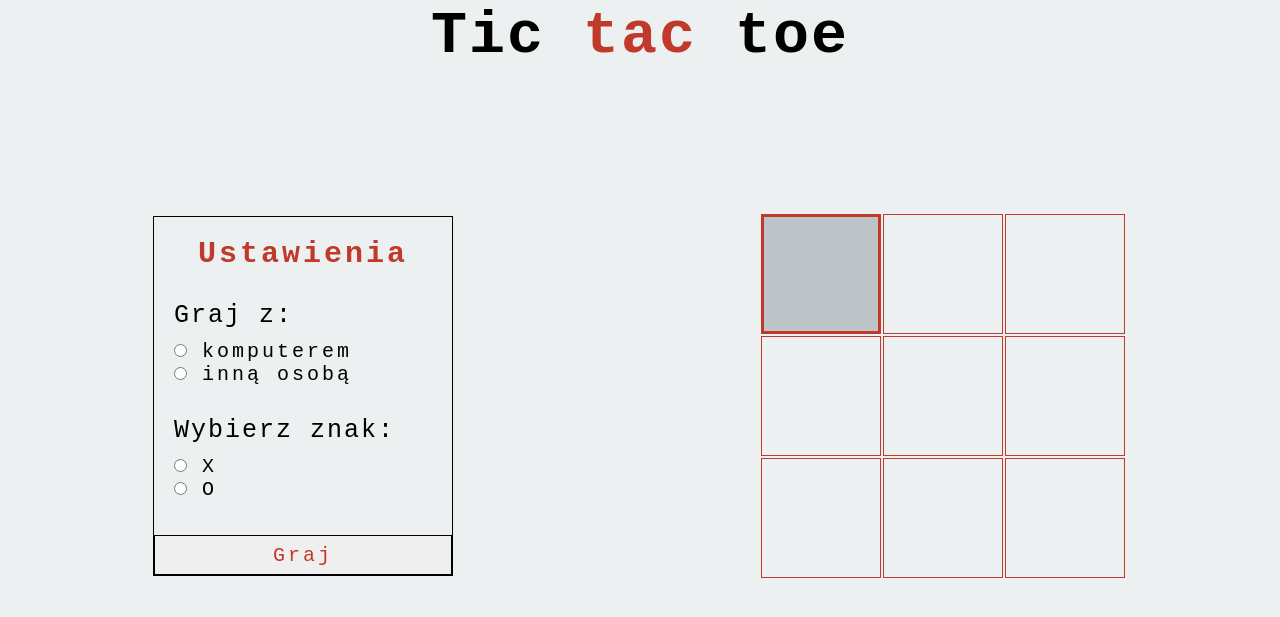
Repository: SebastianArmata22/Tic-Tac-Toe
Page: index.html
The author's editor kept a copy of each file at every save. The page is drawn from the files as they stood at one save, then again after the next save.
The browser window is 1280 px wide. The pictures show the whole page.
The pointer rests on the first visible `th`.
Some web fonts or font styles are not loaded; a fallback is used.

Above is the page before, as saved 2020-11-03 15:05:31.

### index.html
<!DOCTYPE html>
<html>
    <head>
        <meta charset="utf-8">
        <meta http-equiv="X-UA-Compatible" content="IE=edge">
        <title></title>
        <meta name="description" content="">
        <meta name="viewport" content="width=device-width, initial-scale=1">
        <link rel="stylesheet" href="style.css">
    </head>
    <body>
        <div class="inscription">
            <h1>Tic <span>tac</span> toe</h1>
        </div>
        <div class="main-content">
            <div class="settings-div">
                <h2>Ustawienia</h2>
                <div class="choice">
                    <p>Graj z:</p>
                    <label><input type="radio" name="player"> komputerem</label> </br>
                    <label><input type="radio" name="player"> inną osobą</label>

                </div>
                <div class="choice">
                    <p>Wybierz znak:</p>
                    <label><input type="radio" name="sign"> X</label></br>
                    <label><input type="radio" name="sign"> O</label>
                </div>
                <button class="game-btn" >Graj</button>
            </div>
            <div class="tic-tac-toe-div">
                <table>
                    <tr>
                        <th id="1"></th>
                        <th id="2"></th>
                        <th id="3"></th>
                    </tr>
                    <tr>
                        <th id="4"></th>
                        <th id="5"></th>
                        <th id="6"></th>
                    </tr>
                    <tr>
                        <th id="7"></th>
                        <th id="8"></th>
                        <th id="9"></th>
                    </tr>
                </table>

            </div>
        </div>

        <script src="script.js" ></script>
    </body>
</html>

### style.css
@import url('https://fonts.googleapis.com/css2?family=Syne+Mono&display=swap');
*{
    margin: 0;
    padding: 0;
    box-sizing: border-box;
    font-family: 'Syne Mono', monospace;
}
.inscription{
    height: 10vh;
    display: flex;
    align-items: center;
    justify-content: center;
    font-size: 30px;
    background-color: #ecf0f1;
    letter-spacing: 2px;
}
.inscription span{
    color: #c0392b;
}
.main-content{
    display: flex;
    justify-content:space-around;
    align-items: center;
    min-height: 90vh;
    flex-wrap: wrap;
    background-color: #ecf0f1;

}

th{
border: 1px solid #c0392b;
height: 120px;
width: 120px;
}

th:hover{
background-color: #bdc3c7;
border: 3px solid #c0392b;
transition: all 0.5s ease-out;

}
.settings-div{
    height: 360px;
    position: relative;
    border: 1px solid black;
    width: 300px;
    padding: 20px;
}
.settings-div h2{
    text-align: center;
    letter-spacing: 3px;
    font-size: 30px;
    color: #c0392b;
}
.game-btn{
    position: absolute;
    bottom: 0;
    left: 0;
    width: 100%;
    border-style: none;
    height: 40px;
    font-size: 20px;
    border: 1px solid black;
    letter-spacing: 3px;
    color: #c0392b;
}
.game-btn:hover{
    background-color: black;
    color: #bdc3c7;
}
.choice{
    margin-top: 30px;
}
.choice p{
    font-size: 25px;
    letter-spacing: 2px;
    margin-bottom: 10px;
}
.choice label{
    font-size: 20px;
    letter-spacing: 3px;
}

Loaded but not shown: script.js (no copy from this time; the picture is the same without it)

After the next save:
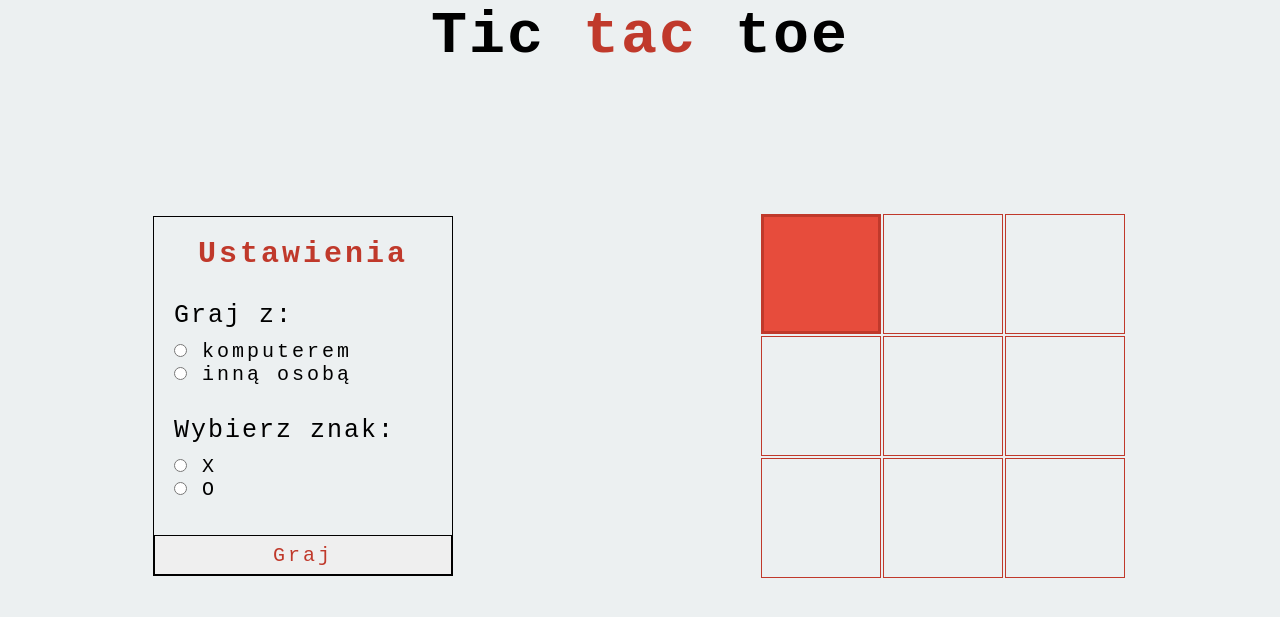
Saved 19 s later.
--- a/style.css
+++ b/style.css
@@ -34,7 +34,7 @@ width: 120px;
 }
 
 th:hover{
-background-color: #bdc3c7;
+background-color: #e74c3c;
 border: 3px solid #c0392b;
 transition: all 0.5s ease-out;
 
